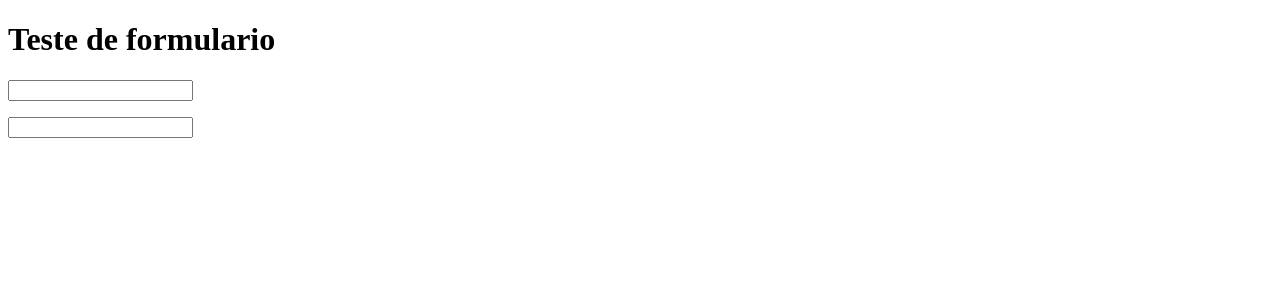
Repository: Lucianorodriguesdev/cursoHTML-CSS
Page: ex025/form002.html
These files come from the project's save history. The page is drawn as it stood at one moment and after the next save; the edit follows.
The browser window is 1280 px wide. The pictures show the whole page.

Above is the page before, as saved 2026-07-07 22:19:50.

### ex025/form002.html
<!DOCTYPE html>
<html lang="pt-br">
<head>
    <meta charset="UTF-8">
    <meta name="viewport" content="width=device-width, initial-scale=1.0">
    <title>formulario</title>
</head>
<body>
    <h1>Teste de formulario</h1>
    <form action="formulario.php">
        <p>
            <label for="iusuario"></label>
            <input type="text" name="usuario" id="iusuario">
        </p>
        <p>
            <label for="isenha"></label>
            <input type="password" name="senha" id="isenha">
        </p>
    </form>
</body>
</html>

After the next save:
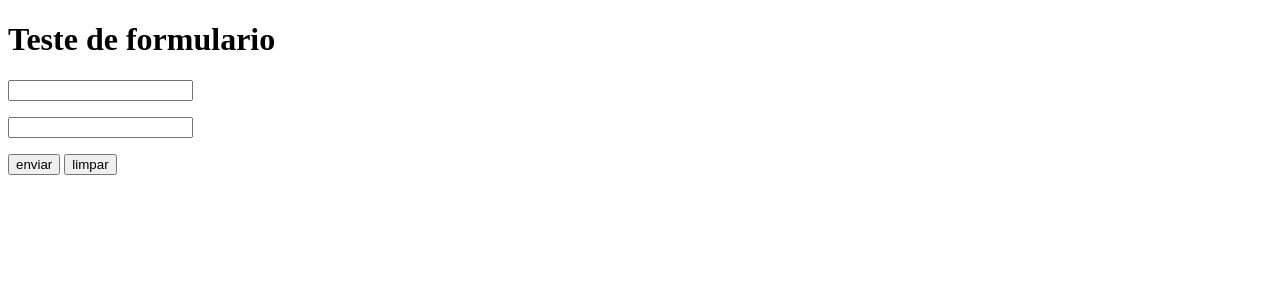
Saved 91 s later.
--- a/ex025/form002.html
+++ b/ex025/form002.html
@@ -16,6 +16,10 @@
             <label for="isenha"></label>
             <input type="password" name="senha" id="isenha">
         </p>
+        <p>
+            <input type="submit" value="enviar">
+            <input type="reset" value="limpar">
+        </p>
     </form>
 </body>
 </html>
